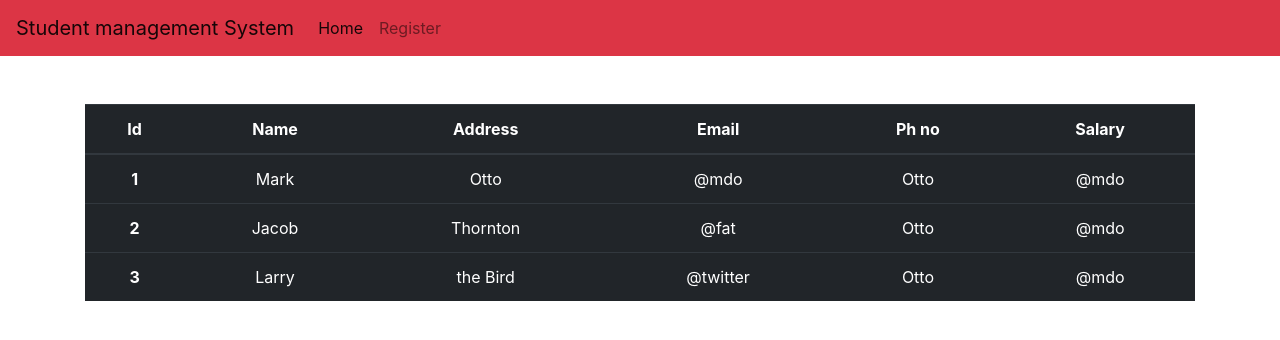
Repository: arindolghosh44/spring
Page: http://localhost/index
An editor plug-in stored every save of this project. The page is shown before and after the next save, followed by the edit.
The browser window is 1280 px wide. The pictures show the whole page.
Some web libraries are served in a nearby version. The page is this project's Thymeleaf template; nobody is signed in. The template is opened directly, without the code that normally fills it, so the values that code supplies are empty.

Above is the page before, as saved 2024-01-20 04:22:27.

After the next save:
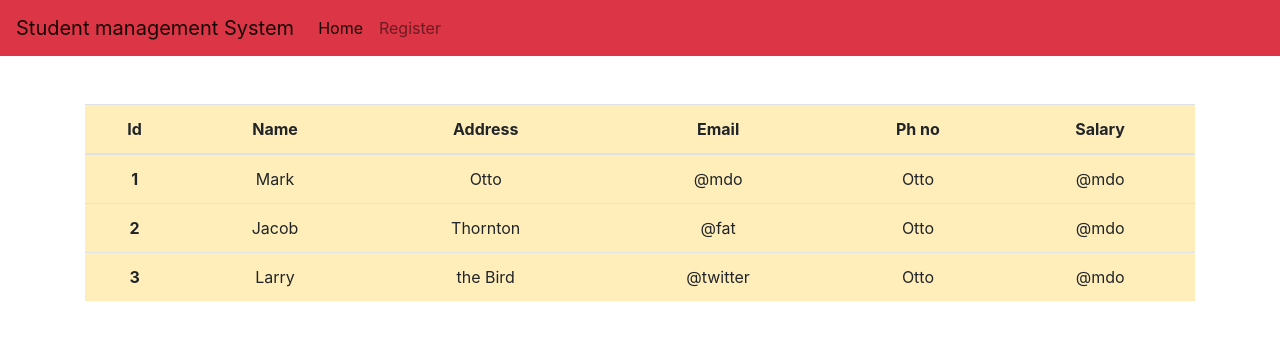
Saved 22 s later.
--- a/emp_management_System1-1/src/main/resources/templates/index.html
+++ b/emp_management_System1-1/src/main/resources/templates/index.html
@@ -55,7 +55,7 @@
 
 
     <div class="container mt-5 text-center">
-    <table class="table table-dark">
+    <table class="table table-warning">
   <thead>
     <tr>
       <th scope="col">Id</th>
